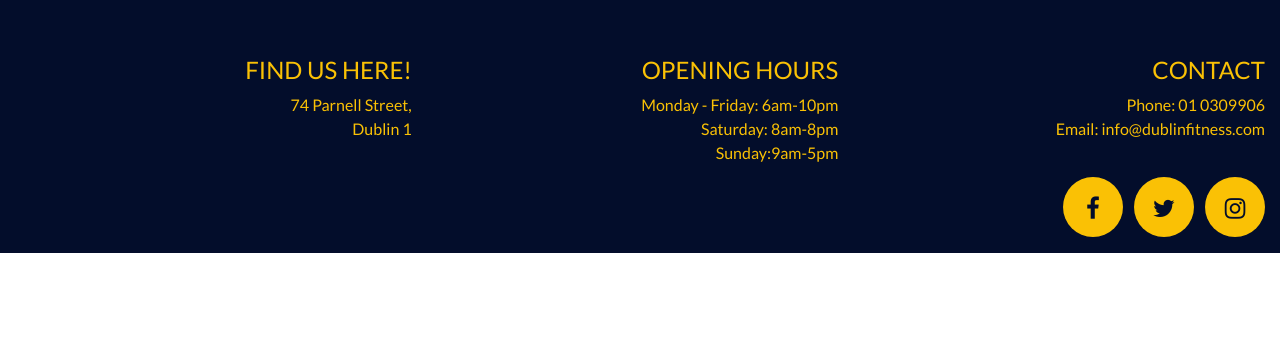
Repository: Code-Institute-Submissions/conbonbom-Milestone-project-1
Page: index.html
The author's editor kept a record of every edit. The page is drawn from the files as they stood at one moment, then again after the next edit.
The browser window is 1280 px wide. The pictures show the whole page.

Above is the page before.

After the next edit:
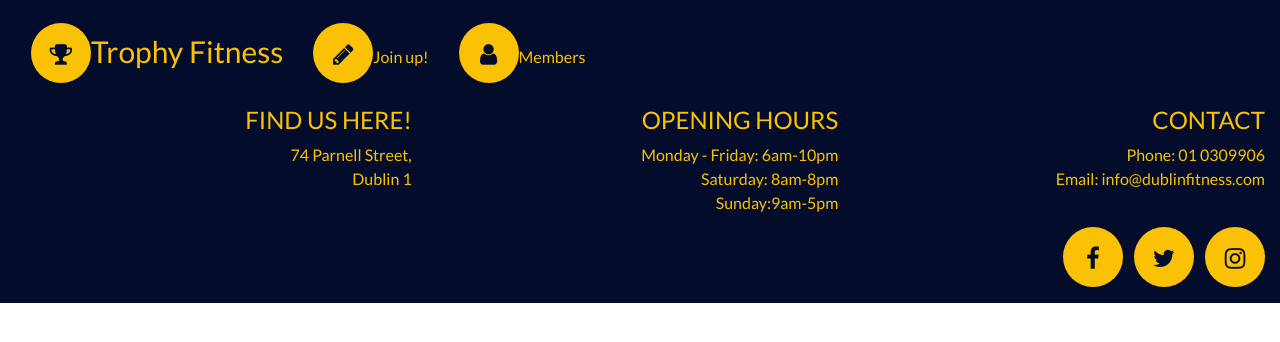
The edit:
--- a/index.html
+++ b/index.html
@@ -14,10 +14,8 @@
 <body>
     <header>
         <div class="navbar">
-            <button class="navbar-toggler" type="button" data-toggle="collapse" data-target="#navbarSupportedContent" aria-controls="navbarSupportedContent" aria-expanded="false" aria-label="Toggle navigation">
-    <span class="navbar-toggler-icon"></span>
-  </button>
-            <div class="collapse navbar-collapse" id="navbarSupportedContent">
+
+
                 <a class="active" href="#"><i class="fa fa-trophy"></i>Trophy Fitness</a>
                 <a href="#"><i class="fa fa-pencil"></i>Join up!</a>
                 <a href="#"><i class="fa fa-user"></i>Members</a>
